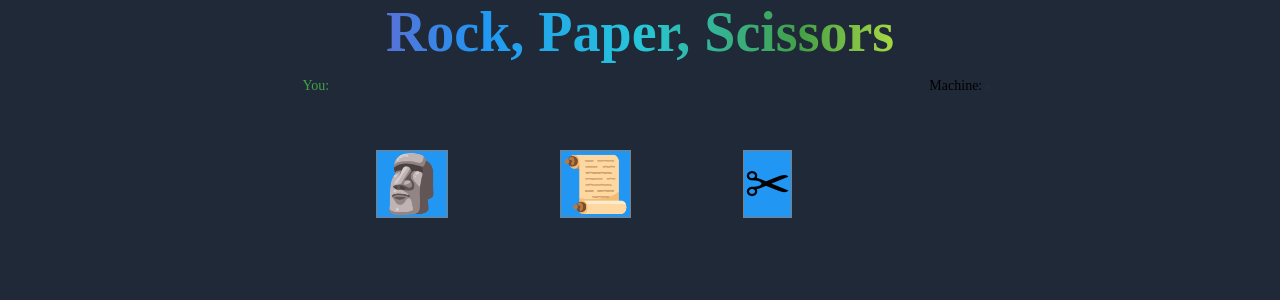
Repository: dung8466/RPS
Page: index.html
The author's editor kept a copy of each file at every save. The page is drawn from the files as they stood at one save, then again after a run of saves.
The browser window is 1280 px wide. The pictures show the whole page.

Above is the page before, as saved 2022-07-01 21:40:43.

After the next 2 saves:
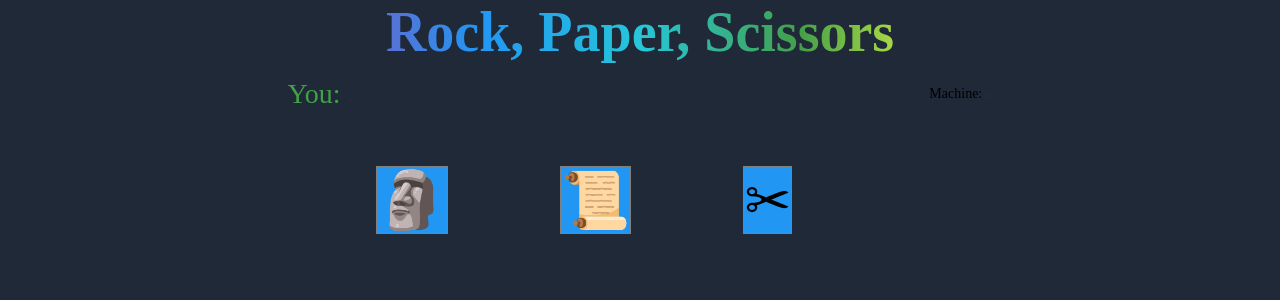
The 2 saves are shown as one change because they came seconds apart.
The last was saved 11 s later.
--- a/style.css
+++ b/style.css
@@ -42,6 +42,7 @@
   }
   .player-result{
     color: #43a047;
+    font-size: 2em;
   }
   .result-score {
     margin-left: .1rem;
